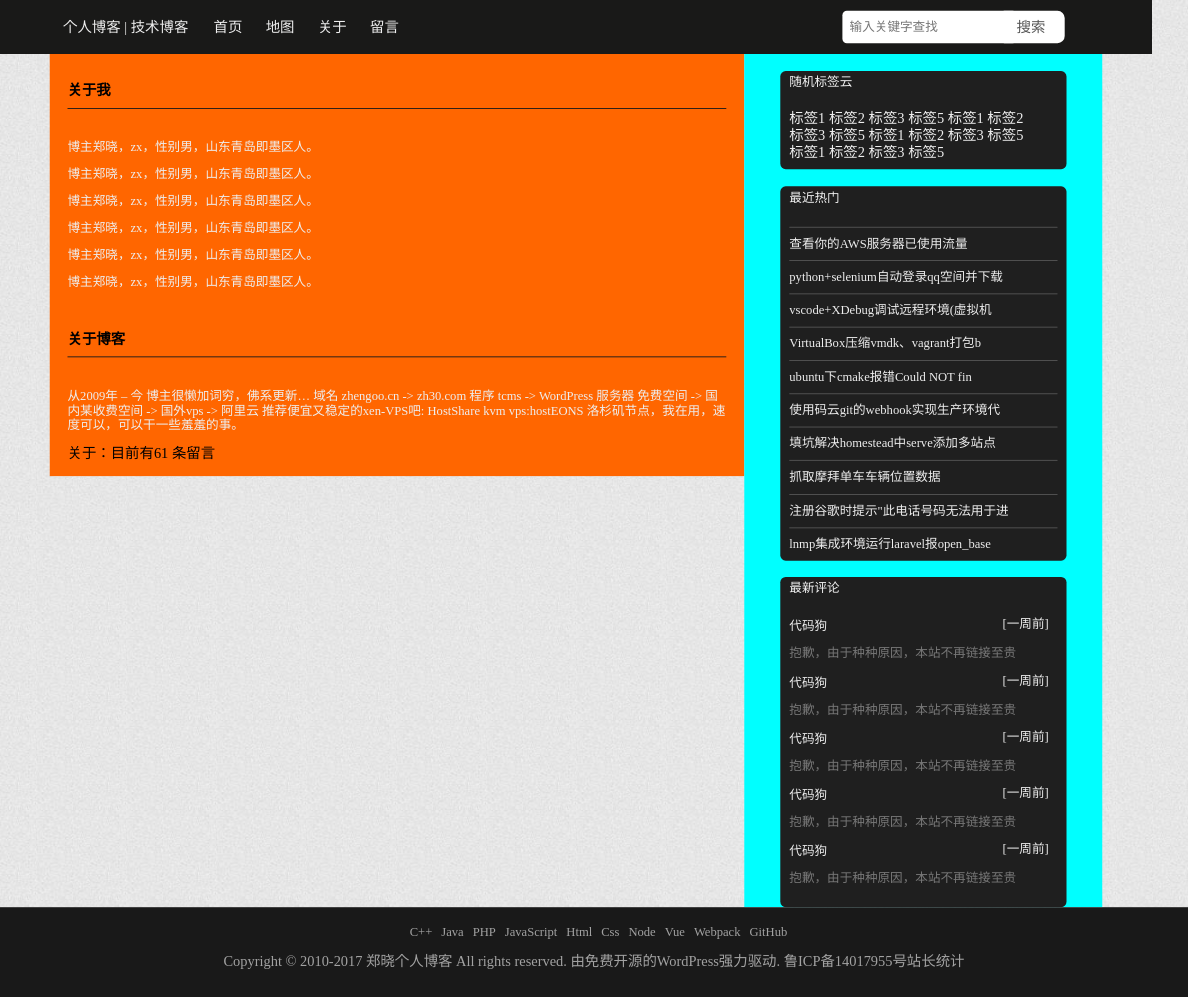
Repository: li1214/my_blog
Page: page/about.html
These files come from the project's save history. The page is drawn as it stood at one moment and after the next save; the edit follows.
The browser window is 1280 px wide. The page is 1320 px wide, so the pictures cover 1320 px, including what lies to the right of the window. The pictures show the whole page, at 90% of full size.

Above is the page before, as saved 2019-01-04 14:19:37.

After the next save:
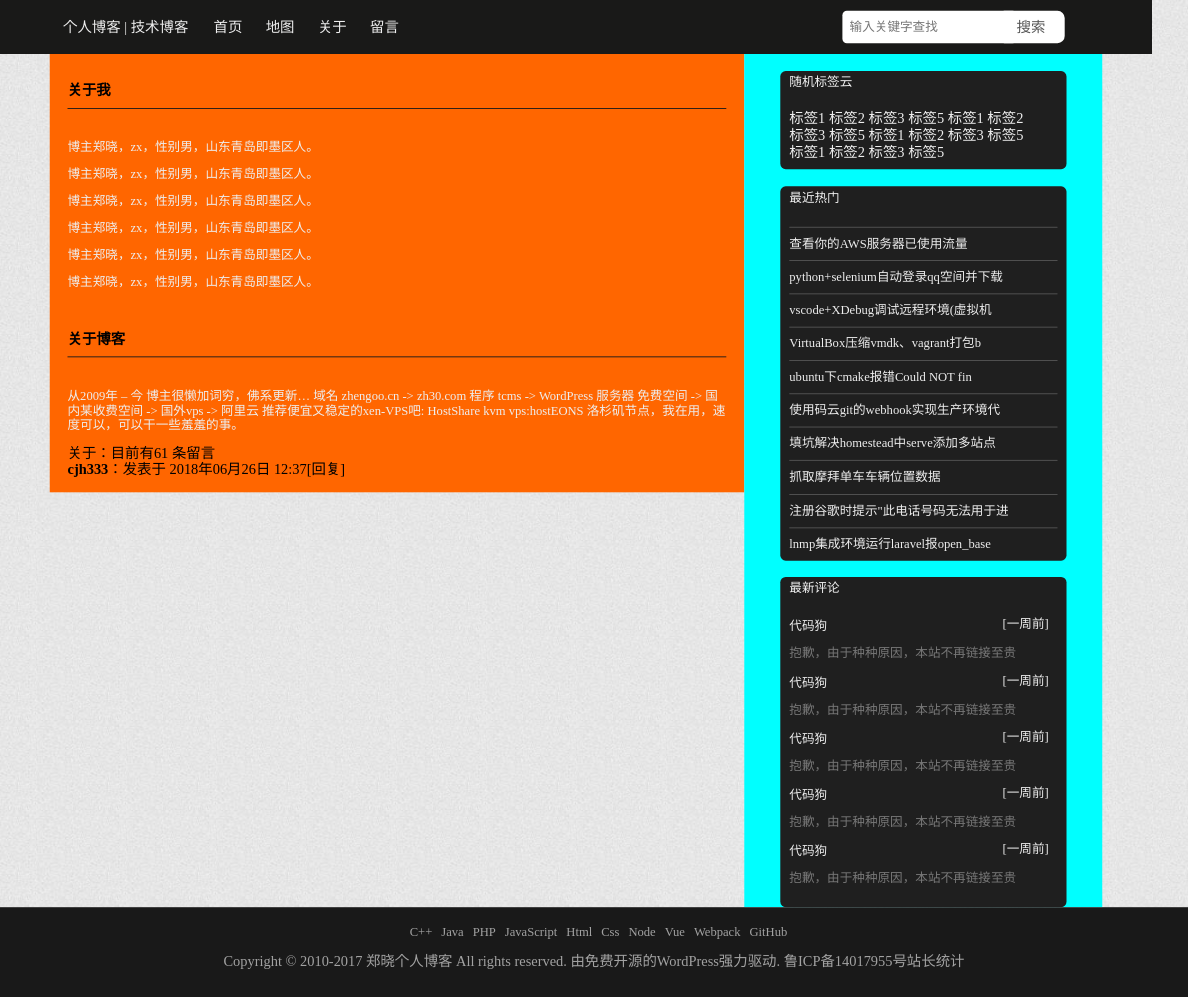
Saved 21 s later.
--- a/page/about.html
+++ b/page/about.html
@@ -53,7 +53,7 @@
             <div class='liuyan'>
                 <span>关于：目前有61 条留言</span>
                 <div class='liuyan-item'>
-                    <span></span>
+                    <span><b>cjh333</b>：发表于 2018年06月26日 12:37[回复]</span>
                     <p></p>
                 </div>
             </div>
